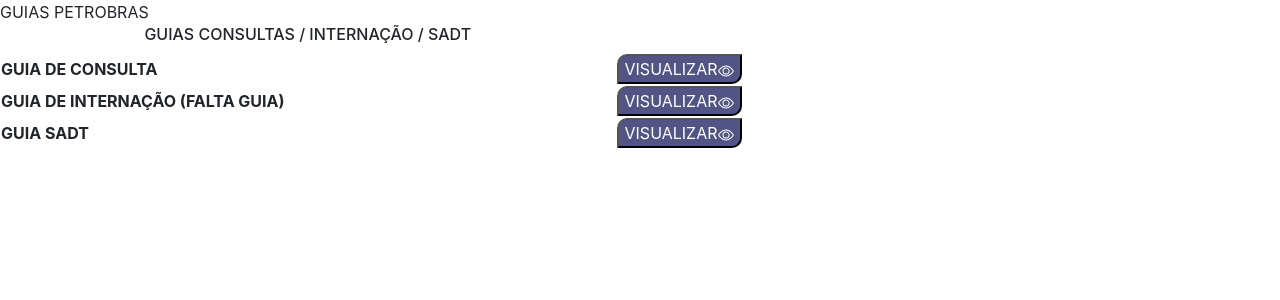
Repository: Leandromarim/INTRANET_PARTICULAR
Page: guiasPetrobras.html
These files come from the project's save history. The page is drawn as it stood at one moment and after the next save; the edit follows.
The browser window is 1280 px wide. The pictures show the whole page.

Above is the page before, as saved 2021-12-29 13:16:35.
Not found: ajax.js

After the next save:
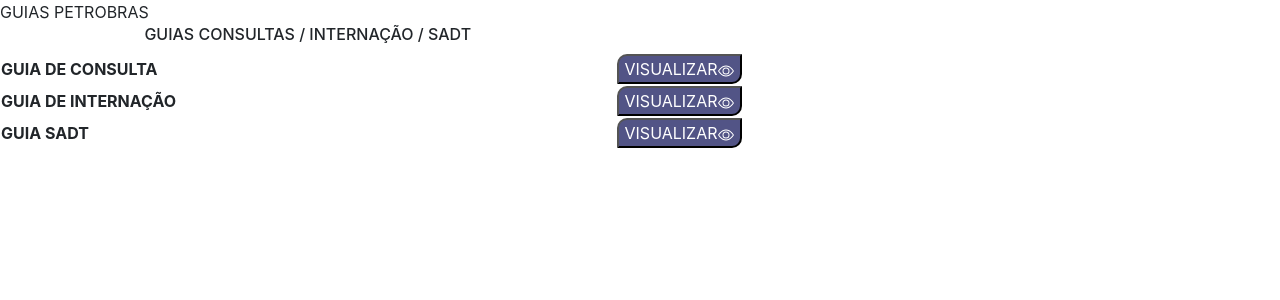
Saved 40 s later.
--- a/guiasPetrobras.html
+++ b/guiasPetrobras.html
@@ -32,14 +32,14 @@
                 <tbody class="col-sm-6 col-lg-8">
                     <tr>
                         <th class="titulo">GUIA DE CONSULTA</th>
-                        <td><a href="doc/guias/promed_consulta.pdf" target="self"><button type="button" class="btn-visualizar">VISUALIZAR<svg xmlns="http://www.w3.org/2000/svg" width="16" height="16" fill="currentColor" class="bi bi-eye" viewBox="0 0 16 16">
+                        <td><a href="doc/guias/petrobras_consulta.pdf" target="self"><button type="button" class="btn-visualizar">VISUALIZAR<svg xmlns="http://www.w3.org/2000/svg" width="16" height="16" fill="currentColor" class="bi bi-eye" viewBox="0 0 16 16">
                     <path d="M16 8s-3-5.5-8-5.5S0 8 0 8s3 5.5 8 5.5S16 8 16 8zM1.173 8a13.133 13.133 0 0 1 1.66-2.043C4.12 4.668 5.88 3.5 8 3.5c2.12 0 3.879 1.168 5.168 2.457A13.133 13.133 0 0 1 14.828 8c-.058.087-.122.183-.195.288-.335.48-.83 1.12-1.465 1.755C11.879 11.332 10.119 12.5 8 12.5c-2.12 0-3.879-1.168-5.168-2.457A13.134 13.134 0 0 1 1.172 8z"/>
                     <path d="M8 5.5a2.5 2.5 0 1 0 0 5 2.5 2.5 0 0 0 0-5zM4.5 8a3.5 3.5 0 1 1 7 0 3.5 3.5 0 0 1-7 0z"/>
                   </svg></button></a></td>
                     </tr>
                     <tr>
-                        <th class="titulo">GUIA DE INTERNAÇÃO (FALTA GUIA)</th>
-                        <td><a href="#"target="self"><button type="button" class="btn-visualizar">VISUALIZAR<svg xmlns="http://www.w3.org/2000/svg" width="16" height="16" fill="currentColor" class="bi bi-eye" viewBox="0 0 16 16">
+                        <th class="titulo">GUIA DE INTERNAÇÃO</th>
+                        <td><a href="doc/guias/petrobras_internacao.pdf"target="self"><button type="button" class="btn-visualizar">VISUALIZAR<svg xmlns="http://www.w3.org/2000/svg" width="16" height="16" fill="currentColor" class="bi bi-eye" viewBox="0 0 16 16">
                     <path d="M16 8s-3-5.5-8-5.5S0 8 0 8s3 5.5 8 5.5S16 8 16 8zM1.173 8a13.133 13.133 0 0 1 1.66-2.043C4.12 4.668 5.88 3.5 8 3.5c2.12 0 3.879 1.168 5.168 2.457A13.133 13.133 0 0 1 14.828 8c-.058.087-.122.183-.195.288-.335.48-.83 1.12-1.465 1.755C11.879 11.332 10.119 12.5 8 12.5c-2.12 0-3.879-1.168-5.168-2.457A13.134 13.134 0 0 1 1.172 8z"/>
                     <path d="M8 5.5a2.5 2.5 0 1 0 0 5 2.5 2.5 0 0 0 0-5zM4.5 8a3.5 3.5 0 1 1 7 0 3.5 3.5 0 0 1-7 0z"/>
                   </svg></button></a></td>
